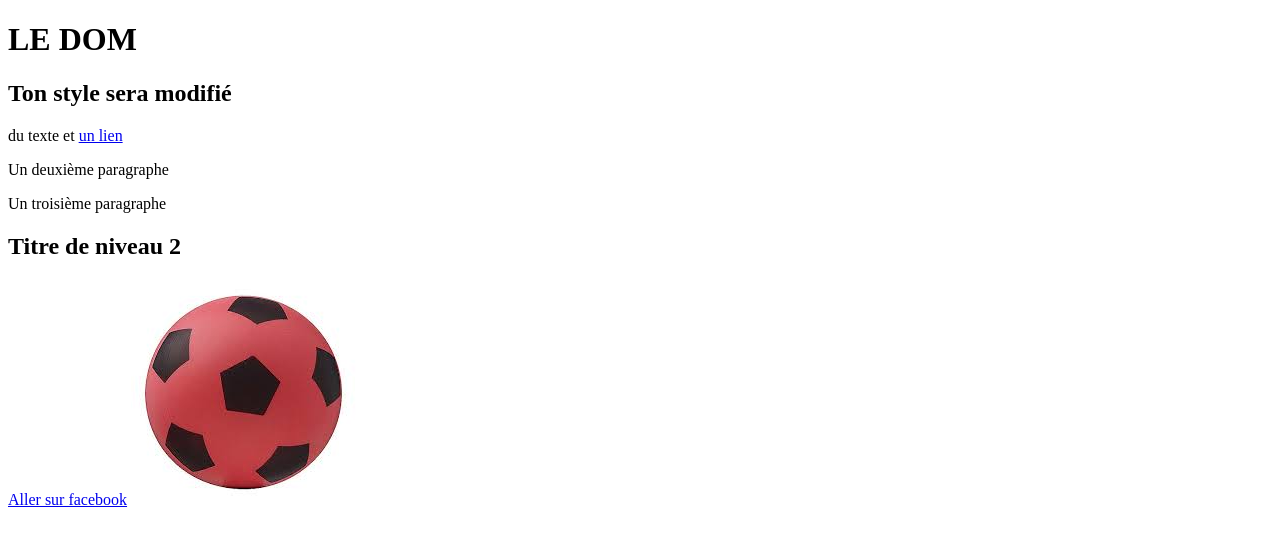
Repository: serviceshuios/Git-Aix-Web
Page: avance-html-css-js/WebContent/index.html
The author's editor kept a copy of each file at every save. The page is drawn from the files as they stood at one save, then again after the next save.
The browser window is 1280 px wide. The pictures show the whole page.

Above is the page before, as saved 2018-10-24 14:05:52.

### avance-html-css-js/WebContent/index.html
<!DOCTYPE html>
<html>
	<head>
		<meta charset="utf-8"/>
		<title>MODIFICATION HTML</title>
		<link rel="stylesheet" href="css/style.css"/>

	</head>
	<body>
		<h1 id="gros_titre">LE DOM</h1>
		<h2>Ton style sera modifié</h2>
		<p>du texte et <a href="http://www.google.com">un lien</a></p>
		<p>Un deuxième paragraphe</p>
		<p class="maClasse">Un troisième paragraphe</p>
		<h2 class="maClasse">Titre de niveau 2</h2>
		<a href="http://www.facebook.com">Aller sur facebook</a>
		<img src="img/ballon1.jpg" alt="Ballon"/>
<!-- 		<script src="js/script.js"></script> -->
<!-- 		<script src="js/modification.js"></script> -->
<!-- 		<script src="js/ajout.js"></script> -->
			<script src="js/suppression.js"></script>
	</body>
</html>

### avance-html-css-js/WebContent/css/style.css
@charset "utf-8";
.modif {
	background-color: yellow;
	font-size: 40px;
	text-transform: uppercase;
	text-align: center;
}
.maClasse {

}

#para {
	text-transform: uppercase;
}

### avance-html-css-js/WebContent/js/suppression.js
/**
 *
 */
// chercher le parent
var parent = document.body;
// chercher élement à supprimer
var enfant = document.querySelector(".maClasse");

After the next save:
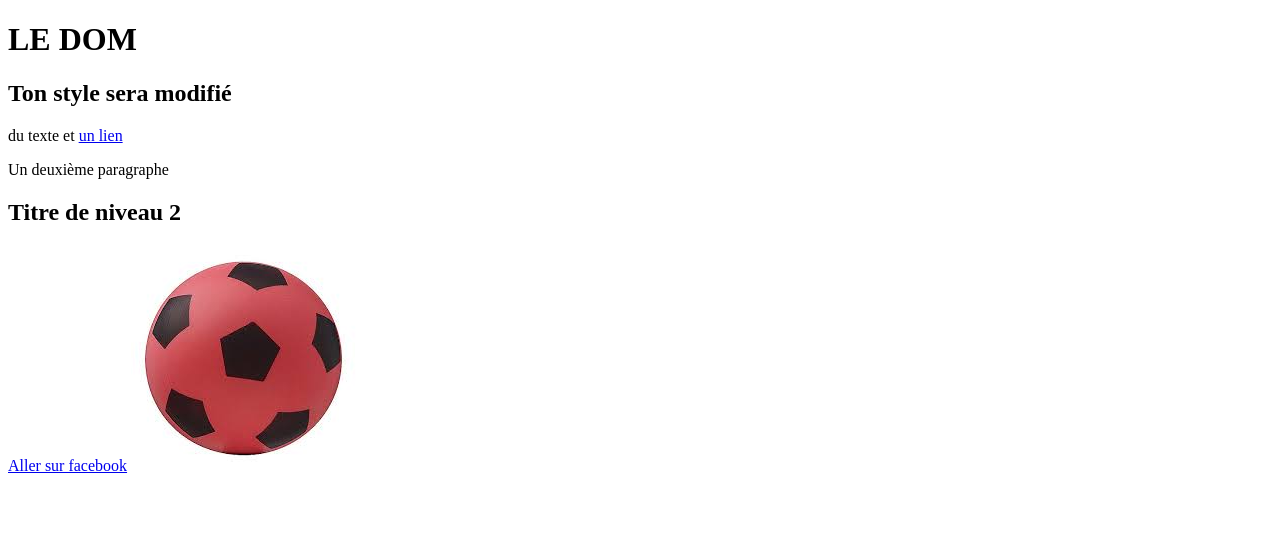
Saved 103 s later.
--- a/avance-html-css-js/WebContent/js/suppression.js
+++ b/avance-html-css-js/WebContent/js/suppression.js
@@ -5,3 +5,5 @@
 var parent = document.body;
 // chercher élement à supprimer
 var enfant = document.querySelector(".maClasse");
+//suppression
+parent.removeChild(enfant);
